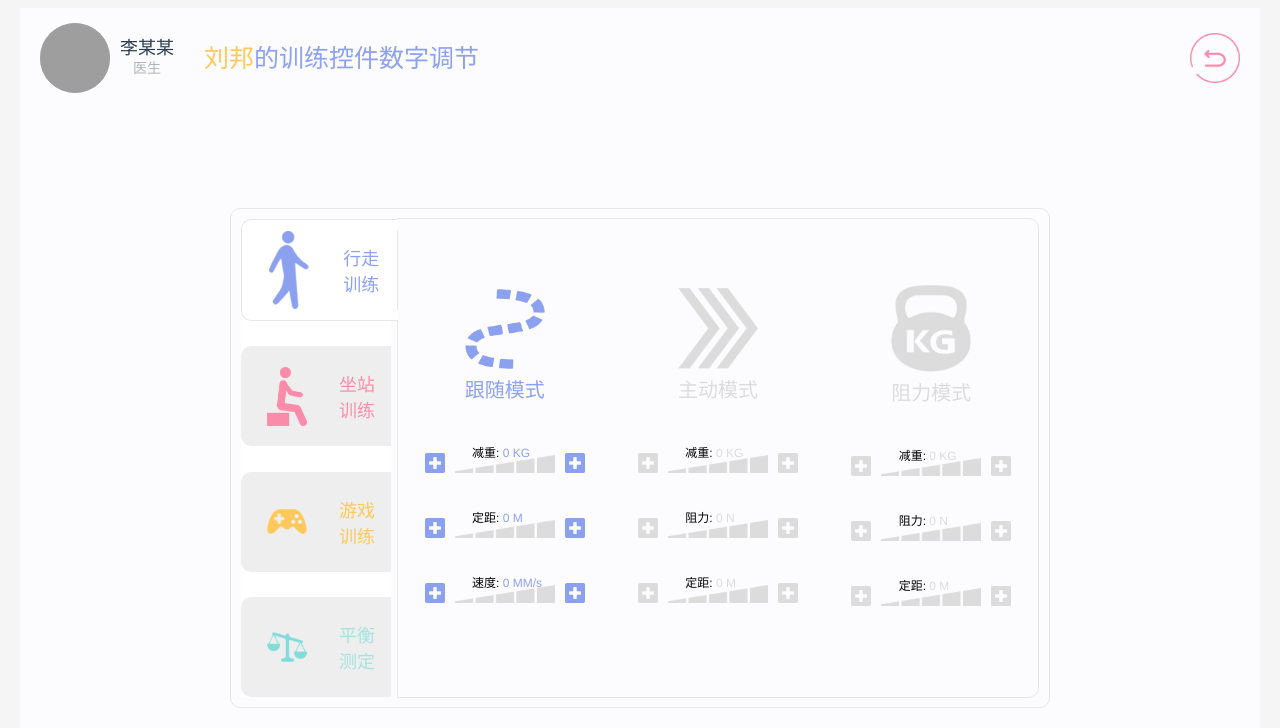
Repository: wangdanqing90/electron-vue-doctor
Page: /#/trainingAdjust
An editor plug-in stored every save of this project. The page is shown before and after the next save, followed by the edit.
The browser window is 1280 px wide. The pictures show the whole page.
Pictures or frames that could not be fetched are drawn as grey boxes. The project was rebuilt for these pictures with package versions that can differ from the ones it lists, and the page was loaded fresh each time. Also part of the build but not shown: vue.config.js, src/views/Home.vue, src/assets/styles/variable.scss, src/assets/styles/iconfont.css.

Above is the page before, as saved 2020-01-15 14:59:19.

After the next save:
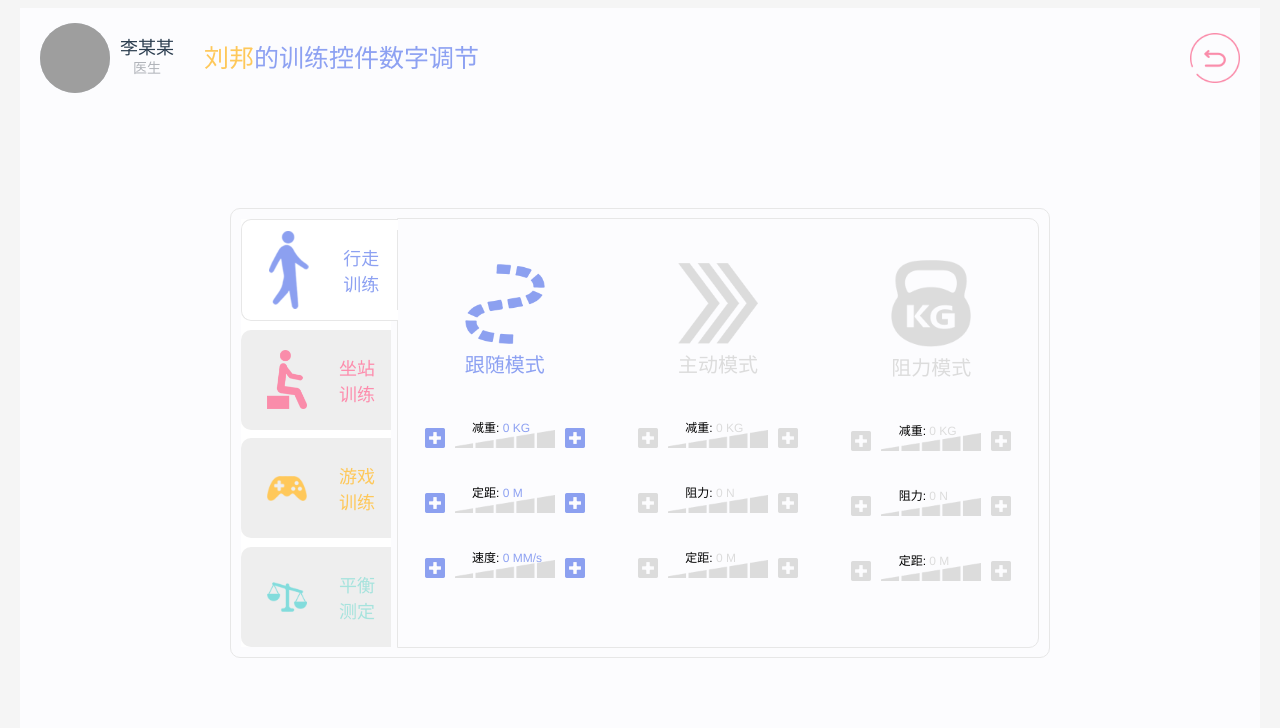
Saved 61 s later.
--- a/src/views/TrainingAdjust/TrainingAdjust.vue
+++ b/src/views/TrainingAdjust/TrainingAdjust.vue
@@ -121,7 +121,7 @@ export default {
 .inform-container {
   box-sizing: border-box;
   margin: 100px auto;
-  height: 500px;
+  height: 450px;
   font-size: 12px;
   border-radius: 10px;
   border: 1px solid #e7e7e7;
